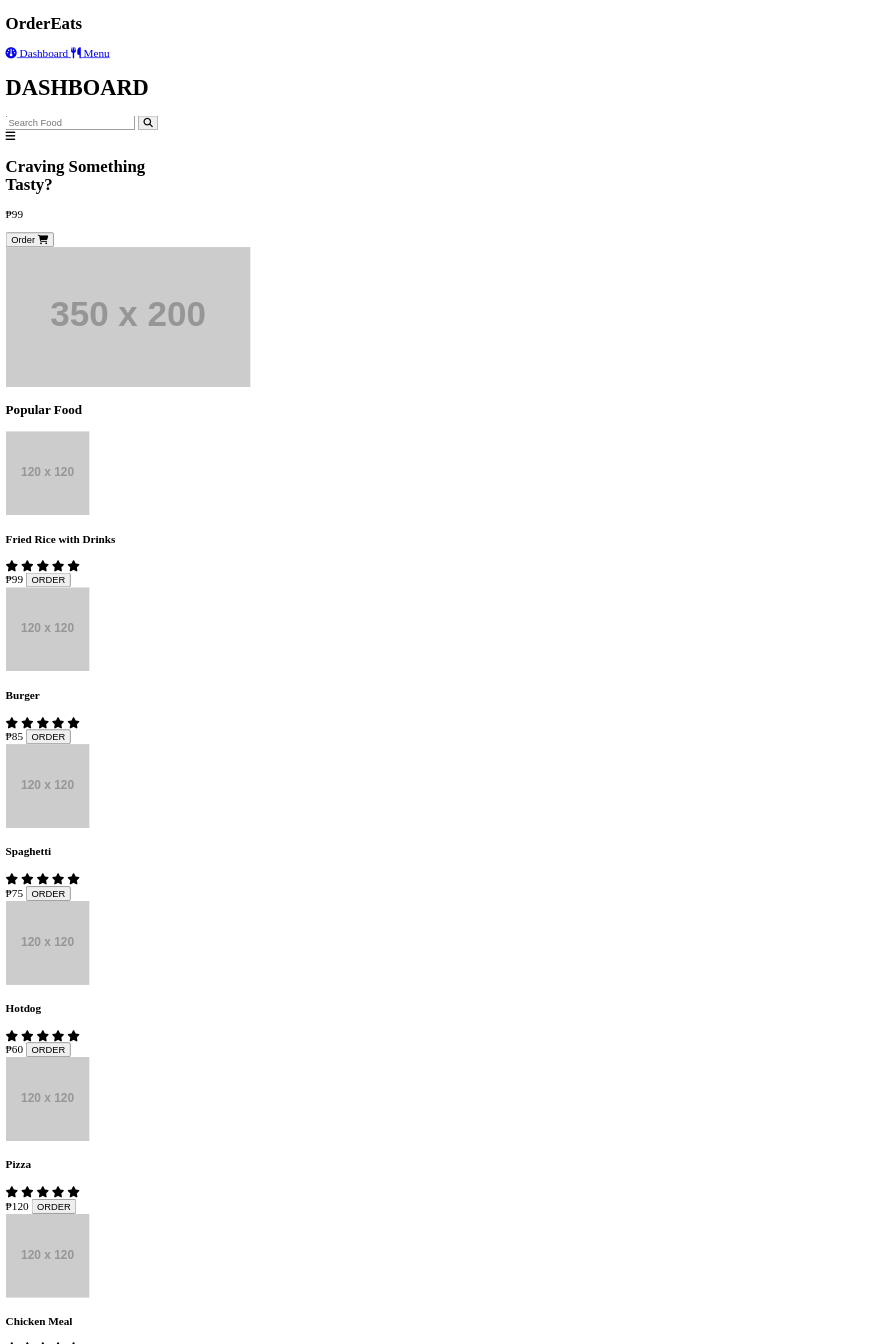
Repository: iverliz/canteen-system
Page: http://localhost/users/dashboard.php
The author's editor kept a copy of each file at every save. The page is drawn from the files as they stood at one save, then again after the next save.
The browser window is 1280 px wide. The pictures show the part of the page from y = 0 to 1920 px (the page is 3102 px tall before and 799 px after), at 70% of full size.
The page is run by PHP 8.4 with error messages shown; the project is at /var/www/html/.

Above is the page before, as saved 2026-08-19 15:12:14.
Not found: users/dashboard.css

### users/dashboard.php
<!DOCTYPE html>
<html lang="en">
<head>
    <meta charset="UTF-8">
    <meta name="viewport" content="width=device-width, initial-scale=1.0">

    <title>OrderEats Dashboard</title>

    <!-- Font Awesome -->
    <link
        rel="stylesheet"
        href="https://cdnjs.cloudflare.com/ajax/libs/font-awesome/6.4.0/css/all.min.css"
    >

    <!-- Dashboard CSS -->
    <link rel="stylesheet" href="dashboard.css">
</head>

<body>

<div class="app-container">

    <!-- ================= SIDEBAR ================= -->
    <aside class="sidebar">

        <div class="logo">
            <h2>Order<span>Eats</span></h2>
        </div>

        <nav class="menu">

            <a href="#" class="active">
                <i class="fa-solid fa-gauge"></i>
                Dashboard
            </a>

            <a href="menu.php">
                <i class="fa-solid fa-utensils"></i>
                Menu
            </a>

        </nav>

    </aside>


    <!-- ================= MAIN CONTENT ================= -->
    <main class="main-content">

        <!-- TOP HEADER -->
        <header class="top-header">

            <h1>DASHBOARD</h1>

            <div class="search-bar">
                <input
                    type="text"
                    placeholder="Search Food"
                >

                <button type="button">
                    <i class="fa-solid fa-magnifying-glass"></i>
                </button>
            </div>

            <div class="menu-toggle">
                <i class="fa-solid fa-bars"></i>
            </div>

        </header>


        <!-- ================= PROMO BANNER ================= -->
        <section class="banner">

            <div class="banner-text">

                <h2>
                    Craving Something
                    <br>
                    <span class="highlight">Tasty?</span>
                </h2>

                <p class="price">₱99</p>

                <button type="button" class="btn-banner-order">
                    Order
                    <i class="fa-solid fa-cart-shopping"></i>
                </button>

            </div>

            <div class="banner-image">

                <img
                    src="https://via.placeholder.com/350x200?text=Food+Banner+Art"
                    alt="Food Banner"
                >

            </div>

        </section>


        <!-- ================= POPULAR FOOD ================= -->
        <section class="popular-food">

            <h3>Popular Food</h3>

            <div class="food-grid">

                <?php

                $foodItems = [

                    [
                        'title' => 'Fried Rice with Drinks',
                        'rating' => 5,
                        'price' => '₱99',
                        'image' => 'https://via.placeholder.com/120'
                    ],

                    [
                        'title' => 'Burger',
                        'rating' => 5,
                        'price' => '₱85',
                        'image' => 'https://via.placeholder.com/120'
                    ],

                    [
                        'title' => 'Spaghetti',
                        'rating' => 5,
                        'price' => '₱75',
                        'image' => 'https://via.placeholder.com/120'
                    ],

                    [
                        'title' => 'Hotdog',
                        'rating' => 5,
                        'price' => '₱60',
                        'image' => 'https://via.placeholder.com/120'
                    ],

                    [
                        'title' => 'Pizza',
                        'rating' => 5,
                        'price' => '₱120',
                        'image' => 'https://via.placeholder.com/120'
                    ],

                    [
                        'title' => 'Chicken Meal',
                        'rating' => 5,
                        'price' => '₱110',
                        'image' => 'https://via.placeholder.com/120'
                    ],

                    [
                        'title' => 'Fries',
                        'rating' => 5,
                        'price' => '₱50',
                        'image' => 'https://via.placeholder.com/120'
                    ],

                    [
                        'title' => 'Sandwich',
                        'rating' => 5,
                        'price' => '₱70',
                        'image' => 'https://via.placeholder.com/120'
                    ]

                ];

                foreach ($foodItems as $item):
                ?>

                    <div class="food-card">

                        <div class="food-img">

                            <img
                                src="<?php echo htmlspecialchars($item['image']); ?>"
                                alt="<?php echo htmlspecialchars($item['title']); ?>"
                            >

                        </div>

                        <h4>
                            <?php echo htmlspecialchars($item['title']); ?>
                        </h4>

                        <div class="rating">

                            <?php for ($i = 0; $i < $item['rating']; $i++): ?>

                                <i class="fa-solid fa-star"></i>

                            <?php endfor; ?>

                        </div>

                        <div class="card-footer">

                            <span class="card-price">
                                <?php echo htmlspecialchars($item['price']); ?>
                            </span>

                            <button
                                type="button"
                                class="btn-card-order"
                            >
                                ORDER
                            </button>

                        </div>

                    </div>

                <?php endforeach; ?>

            </div>

        </section>

    </main>


    <!-- ================= RIGHT PANEL ================= -->
    <aside class="right-panel">


        <!-- ORDER HISTORY -->
        <div class="panel-card history-card">

            <h3>Order History</h3>

            <div class="history-list">

                <div class="history-item">

                    <img
                        src="https://via.placeholder.com/40"
                        alt="Spaghetti"
                    >

                    <span class="item-name">
                        Spaghetti
                    </span>

                    <span class="item-qty">
                        x1
                    </span>

                </div>


                <div class="history-item">

                    <img
                        src="https://via.placeholder.com/40"
                        alt="Burger"
                    >

                    <span class="item-name">
                        Burger
                    </span>

                    <span class="item-qty">
                        x1
                    </span>

                </div>


                <div class="history-item">

                    <img
                        src="https://via.placeholder.com/40"
                        alt="Pizza"
                    >

                    <span class="item-name">
                        Pizza
                    </span>

                    <span class="item-qty">
                        x1
                    </span>

                </div>

            </div>

        </div>


        <!-- MY ORDER -->
        <div class="panel-card order-card">

            <h3>My Order</h3>

            <div class="order-list">


                <!-- BURGER -->
                <div class="order-item">

                    <img
                        src="https://via.placeholder.com/40"
                        alt="Burger"
                    >

                    <div class="order-details">

                        <span class="item-name">
                            Burger
                        </span>

                        <span class="item-qty">
                            x1
                        </span>

                    </div>

                    <span class="item-price">
                        ₱25
                    </span>

                </div>


                <!-- SPAGHETTI -->
                <div class="order-item">

                    <img
                        src="https://via.placeholder.com/40"
                        alt="Spaghetti"
                    >

                    <div class="order-details">

                        <span class="item-name">
                            Spaghetti
                        </span>

                        <span class="item-qty">
                            x1
                        </span>

                    </div>

                    <span class="item-price">
                        ₱25
                    </span>

                </div>


                <!-- HOTDOG -->
                <div class="order-item">

                    <img
                        src="https://via.placeholder.com/40"
                        alt="Hotdog"
                    >

                    <div class="order-details">

                        <span class="item-name">
                            Hotdog
                        </span>

                        <span class="item-qty">
                            x1
                        </span>

                    </div>

                    <span class="item-price">
                        ₱25
                    </span>

                </div>


                <!-- PIZZA -->
                <div class="order-item">

                    <img
                        src="https://via.placeholder.com/40"
                        alt="Pizza"
                    >

                    <div class="order-details">

                        <span class="item-name">
                            Pizza
                        </span>

                        <span class="item-qty">
                            x1
                        </span>

                    </div>

                    <span class="item-price">
                        ₱25
                    </span>

                </div>


                <!-- BURGER -->
                <div class="order-item">

                    <img
                        src="https://via.placeholder.com/40"
                        alt="Burger"
                    >

                    <div class="order-details">

                        <span class="item-name">
                            Burger
                        </span>

                        <span class="item-qty">
                            x1
                        </span>

                    </div>

                    <span class="item-price">
                        ₱25
                    </span>

                </div>

            </div>


            <!-- ORDER FOOTER -->
            <div class="order-footer">

                <div class="total-row">

                    <span>Total:</span>

                    <span class="total-price">
                        ₱125
                    </span>

                </div>

                <button
                    type="button"
                    class="btn-checkout"
                >
                    CHECK OUT
                </button>

            </div>

        </div>

    </aside>

</div>

</body>
</html>

### assests/css/dashboard.css
/* Base Resets & Variables */
* {
    margin: 0;
    padding: 0;
    box-sizing: border-box;
    font-family: 'Segoe UI', Tahoma, Geneva, Verdana, sans-serif;
}

:root {
    --bg-main: #fbf5e6;
    --card-bg: #eddcb9;
    --sidebar-bg: #ece0c6;
    --text-color: #2b2b2b;
    --text-muted: #888888;
    --green-accent: #4caf50;
    --green-dark: #388e3c;
    --blue-accent: #3b30e8;
    --shadow: 0 8px 20px rgba(0, 0, 0, 0.06);
    --border-radius: 20px;
}

body {
    background-color: var(--bg-main);
    color: var(--text-color);
    padding: 20px;
    min-height: 100vh;
}

/* Layout Structure */
.app-container {
    display: grid;
    grid-template-columns: 220px 1fr 300px;
    gap: 20px;
    max-width: 1600px;
    margin: 0 auto;
}

/* Left Sidebar */
.sidebar {
    background-color: var(--sidebar-bg);
    border-radius: var(--border-radius);
    padding: 30px 20px;
    display: flex;
    flex-direction: column;
    box-shadow: var(--shadow);
}

.logo h2 {
    font-size: 26px;
    color: #333;
    margin-bottom: 40px;
}

.logo span {
    color: var(--green-accent);
}

.menu {
    display: flex;
    flex-direction: column;
    gap: 15px;
}

.menu a {
    text-decoration: none;
    color: var(--text-muted);
    font-size: 18px;
    font-weight: 500;
    padding: 12px 15px;
    border-radius: 12px;
    transition: all 0.3s ease;
    display: flex;
    align-items: center;
    gap: 10px;
}

.menu a.active {
    background-color: #e2d2b1;
    color: var(--text-color);
    box-shadow: inset 3px 0 0 var(--text-color);
}

.menu a:hover {
    color: var(--text-color);
}

/* Main Content */
.main-content {
    display: flex;
    flex-direction: column;
    gap: 20px;
}

/* Top Header */
.top-header {
    display: flex;
    justify-content: space-between;
    align-items: center;
}

.top-header h1 {
    font-size: 22px;
    letter-spacing: 1px;
}

.search-bar {
    display: flex;
    align-items: center;
    background-color: #e6dac1;
    border-radius: 20px;
    padding: 6px 15px;
    width: 300px;
}

.search-bar input {
    border: none;
    background: transparent;
    outline: none;
    width: 100%;
    padding: 5px;
    color: var(--text-color);
}

.search-bar button {
    border: none;
    background: transparent;
    cursor: pointer;
    color: #666;
}

.menu-toggle {
    font-size: 22px;
    cursor: pointer;
}

/* Hero Banner */
.banner {
    background: linear-gradient(135deg, #e3eb62 0%, #f1cf44 100%);
    border-radius: var(--border-radius);
    padding: 25px 30px;
    display: flex;
    justify-content: space-between;
    align-items: center;
    position: relative;
    overflow: hidden;
    box-shadow: var(--shadow);
}

.banner-text h2 {
    font-size: 32px;
    line-height: 1.1;
    color: #111;
}

.banner-text .highlight {
    color: #e64a19;
}

.banner-text .price {
    font-size: 22px;
    font-weight: bold;
    margin: 10px 0;
}

.btn-banner-order {
    background-color: var(--green-accent);
    color: white;
    border: none;
    padding: 8px 18px;
    border-radius: 8px;
    font-weight: bold;
    cursor: pointer;
    box-shadow: 0 4px 6px rgba(0, 0, 0, 0.1);
}

.banner-image img {
    max-height: 150px;
    object-fit: contain;
}

/* Popular Food Grid */
.popular-food h3 {
    font-size: 18px;
    margin-bottom: 15px;
}

.food-grid {
    display: grid;
    grid-template-columns: repeat(4, 1fr);
    gap: 15px;
}

.food-card {
    background-color: var(--card-bg);
    border-radius: 16px;
    padding: 15px;
    display: flex;
    flex-direction: column;
    align-items: center;
    text-align: center;
    box-shadow: var(--shadow);
}

.food-img {
    width: 100px;
    height: 100px;
    border-radius: 50%;
    overflow: hidden;
    margin-bottom: 10px;
    border: 2px solid rgba(0, 0, 0, 0.05);
}

.food-img img {
    width: 100%;
    height: 100%;
    object-fit: cover;
}

.food-card h4 {
    font-size: 12px;
    color: var(--text-color);
    margin-bottom: 5px;
    white-space: nowrap;
    overflow: hidden;
    text-overflow: ellipsis;
    width: 100%;
}

.rating {
    color: #ffb300;
    font-size: 10px;
    margin-bottom: 12px;
}

.card-footer {
    display: flex;
    justify-content: space-between;
    align-items: center;
    width: 100%;
    margin-top: auto;
}

.card-price {
    font-weight: bold;
    font-size: 12px;
}

.btn-card-order {
    background-color: var(--green-accent);
    color: white;
    border: none;
    padding: 4px 10px;
    border-radius: 6px;
    font-size: 10px;
    font-weight: bold;
    cursor: pointer;
}

/* Right Panel Elements */
.right-panel {
    display: flex;
    flex-direction: column;
    gap: 20px;
}

.panel-card {
    background-color: var(--card-bg);
    border-radius: var(--border-radius);
    padding: 20px;
    box-shadow: var(--shadow);
}

.panel-card h3 {
    font-size: 18px;
    margin-bottom: 15px;
}

/* Order History Section */
.history-list {
    display: flex;
    flex-direction: column;
    gap: 10px;
}

.history-item {
    display: flex;
    align-items: center;
    justify-content: space-between;
}

.history-item img {
    width: 35px;
    height: 35px;
    border-radius: 50%;
    object-fit: cover;
}

.history-item .item-name {
    flex: 1;
    margin-left: 10px;
    font-size: 13px;
}

.history-item .item-qty {
    font-size: 11px;
    color: var(--text-muted);
}

/* Active Order Section */
.order-card {
    display: flex;
    flex-direction: column;
    flex-grow: 1;
}

.order-list {
    display: flex;
    flex-direction: column;
    gap: 12px;
    margin-bottom: 20px;
}

.order-item {
    display: flex;
    align-items: center;
    justify-content: space-between;
}

.order-item img {
    width: 35px;
    height: 35px;
    border-radius: 50%;
    object-fit: cover;
}

.order-details {
    display: flex;
    flex-direction: column;
    flex: 1;
    margin-left: 10px;
}

.order-details .item-name {
    font-size: 13px;
    font-weight: bold;
}

.order-details .item-qty {
    font-size: 10px;
    color: var(--text-muted);
}

.order-item .item-price {
    font-size: 12px;
    font-weight: bold;
}

.order-footer {
    margin-top: auto;
    border-top: 1px solid rgba(0, 0, 0, 0.05);
    padding-top: 10px;
}

.total-row {
    display: flex;
    justify-content: space-between;
    font-size: 13px;
    font-weight: bold;
    margin-bottom: 10px;
}

.btn-checkout {
    width: 100%;
    background-color: var(--blue-accent);
    color: white;
    border: none;
    padding: 8px 0;
    border-radius: 12px;
    font-weight: bold;
    font-size: 11px;
    letter-spacing: 0.5px;
    cursor: pointer;
}

After the next save:
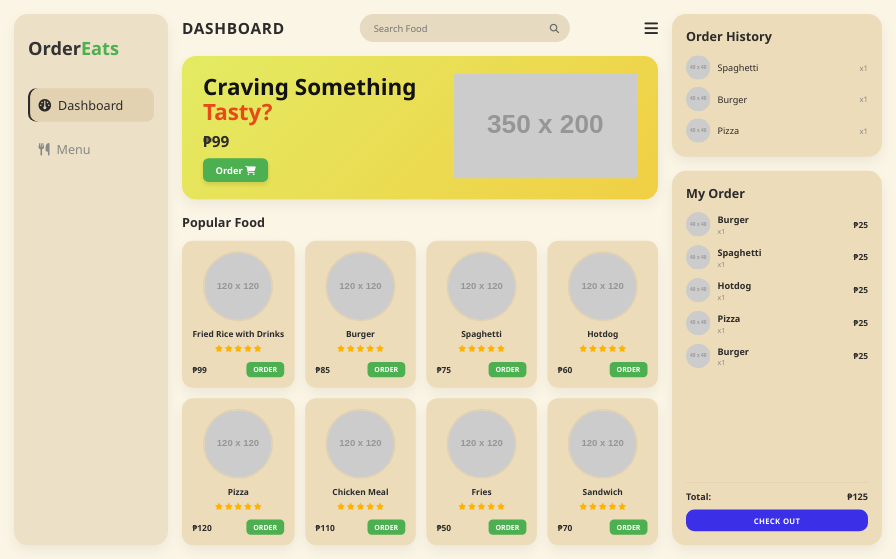
Saved 55 s later.
--- a/users/dashboard.php
+++ b/users/dashboard.php
@@ -12,8 +12,7 @@
         href="https://cdnjs.cloudflare.com/ajax/libs/font-awesome/6.4.0/css/all.min.css"
     >
 
-    <!-- Dashboard CSS -->
-    <link rel="stylesheet" href="dashboard.css">
+    <link rel="stylesheet" href="../assets/css/dashboard.css">
 </head>
 
 <body>
